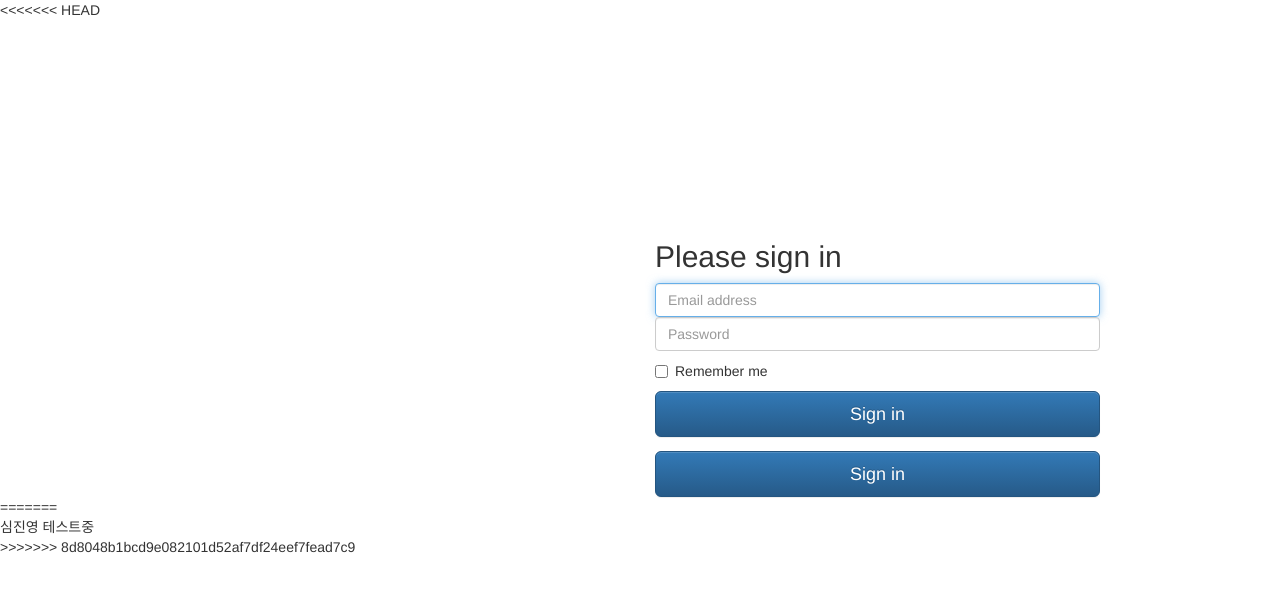
Repository: hrhwbp/Acorn-Final-Project
Page: http://localhost/final_project/index.jsp
The author's editor kept a copy of each file at every save. The page is drawn from the files as they stood at one save, then again after the next save.
The browser window is 1280 px wide. The pictures show the whole page.
Some web libraries are served in a nearby version. The page is served by Tomcat 9.

Above is the page before, as saved 2016-10-25 08:14:27.

After the next save:
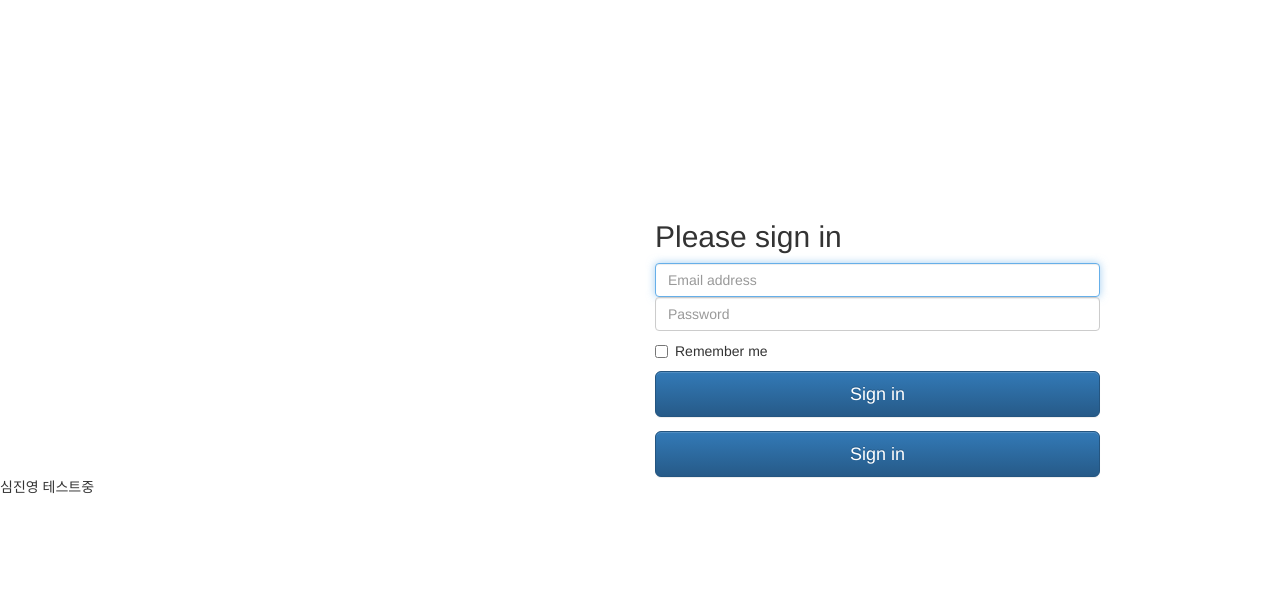
Saved 4 min 46 s later.
--- a/final_project/src/main/webapp/index.jsp
+++ b/final_project/src/main/webapp/index.jsp
@@ -20,7 +20,6 @@
 <script src="https://oss.maxcdn.com/respond/1.4.2/respond.min.js"></script>
 </head>
 <body>
-<<<<<<< HEAD
 <div class="container" style="padding-top: 200px">
 	<div class="container col-md-5 col-md-offset-1">
 
@@ -46,8 +45,6 @@
 				in</button>
 	</div>
 </div>
-=======
 <div>심진영 테스트중</div>
->>>>>>> 8d8048b1bcd9e082101d52af7df24eef7fead7c9
 </body>
 </html>
